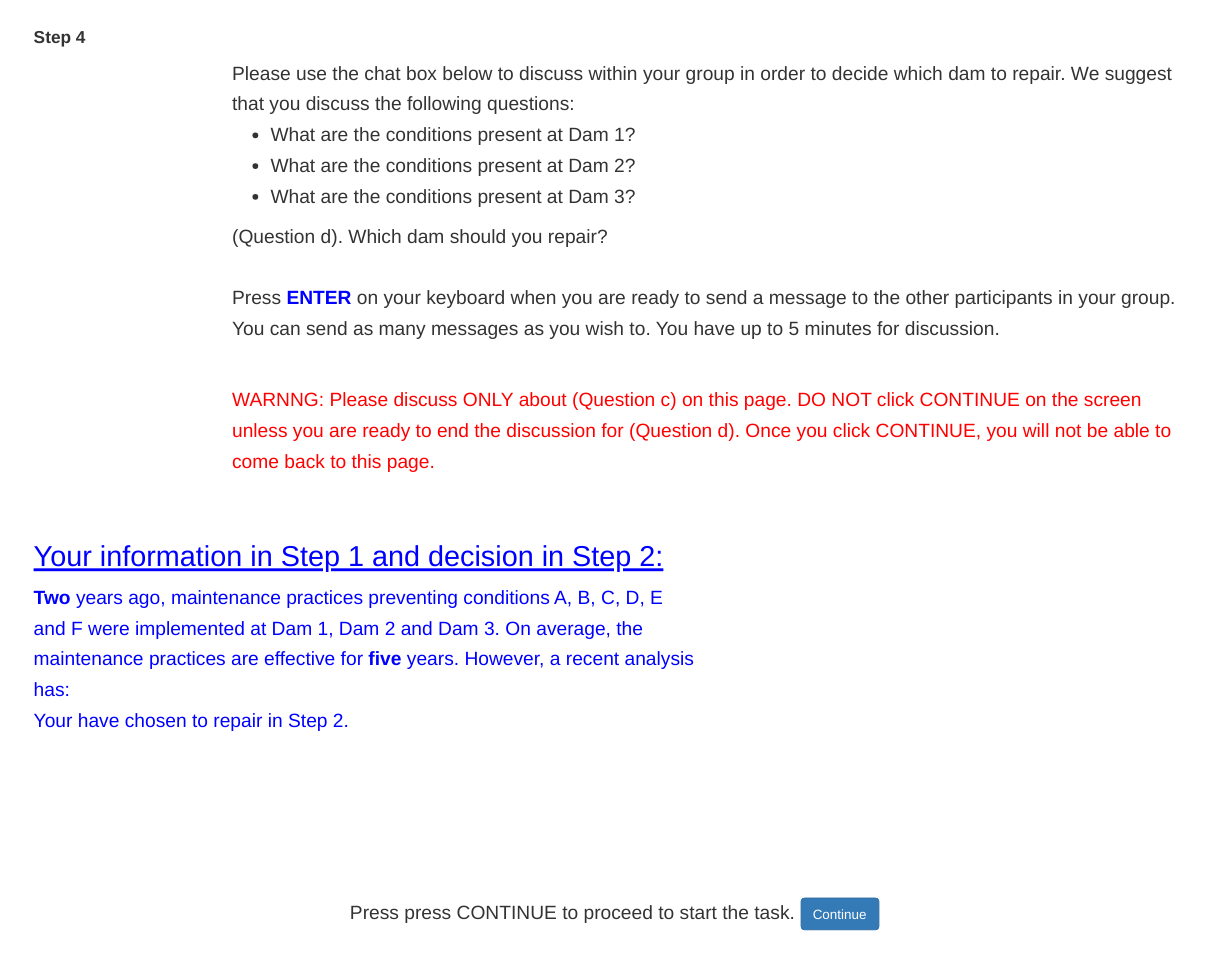
Repository: zmikaya/behavecon
Page: templates/group/Priming3Dams/Priming3Dams_p19.html
The author's editor kept a record of every edit. The page is drawn from the files as they stood at one moment, then again after the next edit.
The browser window is 1280 px wide. The pictures show the whole page, at 96% of full size.
The template is drawn by Django 2.2. The application's start-up code is not run. Other server files are loaded and not shown. The template is opened directly, without the code that normally fills it, so the values that code supplies are empty.

Above is the page before.
Console error: TypeError: Cannot read properties of null (reading 'getAttribute')

### templates/group/Priming3Dams/Priming3Dams_p19.html
{% extends 'sidebar-base.html' %}
{% load staticfiles %}

{% block body_block %}
    <!-- Page Content -->
    <div id="page-content-wrapper">
        <div class="container-fluid">
            <div class="progess-northwest">
                <h4><b>Step 4</b></h4>
            </div>
            <div class="row">
                <div class="col-lg-2"></div>
               <div class="col-lg-10 left-align-no-margin">
                    <p class="no-margin">Please use the chat box below to
                        discuss within your group in order to decide which dam
                        to repair. We suggest that you discuss the following
                        questions:</p>
                    <ul>
                        <li>What are the conditions present at Dam 1?</li>
                        <li>What are the conditions present at Dam 2?</li>
                        <li>What are the conditions present at Dam 3?</li>
                    </ul>
                    <p class="no-margin">(Question d). Which dam should you repair?</p>
                    <p><br>Press <b><font color="blue">ENTER</font></b> on your
                        keyboard when you are ready to send a message to the other
                        participants in your group. You can send as many messages
                        as you wish to. You have up to 5 minutes for discussion.</p>
                    <p><br><font color="red">WARNNG: Please discuss ONLY about
                        (Question c) on this page. DO NOT click CONTINUE on the
                        screen unless you are ready to end the discussion for
                        (Question d). Once you click CONTINUE, you will not be
                        able to come back to this page.</font></p>
                </div>
            </div>
            <div class="row">
                <div class="col-lg-7 left-align">
                    <h2><font color="blue"><u>Your information in Step 1 and
                        decision in Step 2:</u></font></h2>
                    <p>
                        <font color="blue">
                            <b>Two</b> years ago, maintenance practices preventing conditions A, B, C, D, E and F were implemented at Dam 1, Dam 2 and Dam 3. On average, the maintenance practices are effective for <b>five</b>  years. However, a recent analysis has:
                            {% block info_block %}{% endblock %}
                            <br>Your have chosen to repair <b>{{damChoice}}</b> in Step 2.
                        </font>
                    </p>
                </div>
                {% if username %}
                {% if chat_room %}
                    <div id="tlkio" class="col-lg-5 chat" data-channel="{{ chat_room }}" data-nickname="{{ username }}" style="width:40%;height:400px;"></div>
                {% endif %}
                {% endif %}
            </div>
            <div class="row">
                <div class="col-lg-12 center">
                    <div>
                        <p class="inline continue">Press press CONTINUE to proceed to start the task.</p>
                        <!--<button type="button" class="btn btn-primary next" onclick="ajaxGetPage('p20')">Continue</button>-->
                        <a id="continue" class="btn btn-primary next"  href="/Category3Dams/p20">Continue</a>
                    </div>
                </div>
            </div>
                    <!--<a href="#menu-toggle" class="btn btn-default" id="menu-toggle">Toggle Menu</a>-->
        </div>
    </div>
    <!-- /#page-content-wrapper -->
{% endblock %}

### templates/sidebar-base.html
<!DOCTYPE html>
{% load staticfiles %}
<html lang="en">

<head>

    <meta charset="utf-8">
    <meta http-equiv="X-UA-Compatible" content="IE=edge">
    <meta name="viewport" content="width=device-width, initial-scale=1">
    <meta name="description" content="">
    <meta name="author" content="">

    <title>BehaveCon</title>

    <!-- Bootstrap Core CSS -->
    <link href="{% static "css/bootstrap.min.css" %}" rel="stylesheet">

    <!-- Custom CSS -->
    <link href="{% static "css/simple-sidebar.css" %}" rel="stylesheet">

    <link href="{% static "css/style.css" %}" rel="stylesheet">

    <script src="{% static "js/jquery.js" %}"></script>

    <script src="{% static "js/embed.js" %}" type="text/javascript"></script>

    <!-- HTML5 Shim and Respond.js IE8 support of HTML5 elements and media queries -->
    <!-- WARNING: Respond.js doesn't work if you view the page via file:// -->
    <!--[if lt IE 9]>
        <script src="https://oss.maxcdn.com/libs/html5shiv/3.7.0/html5shiv.js"></script>
        <script src="https://oss.maxcdn.com/libs/respond.js/1.4.2/respond.min.js"></script>
    <![endif]-->


</head>

<body>

    <!--<div id="wrapper">-->

        <!-- Sidebar -->
    <!--    <div id="sidebar-wrapper">-->
    <!--        <ul class="sidebar-nav">-->
    <!--            <li class="sidebar-brand">-->
    <!--                <a href="#">-->
    <!--                    Start Bootstrap-->
    <!--                </a>-->
    <!--            </li>-->
    <!--            <li>-->
    <!--                <a href="#">Dashboard</a>-->
    <!--            </li>-->
    <!--            <li>-->
    <!--                <a href="#">Shortcuts</a>-->
    <!--            </li>-->
    <!--            <li>-->
    <!--                <a href="#">Overview</a>-->
    <!--            </li>-->
    <!--            <li>-->
    <!--                <a href="#">Events</a>-->
    <!--            </li>-->
    <!--            <li>-->
    <!--                <a href="#">About</a>-->
    <!--            </li>-->
    <!--            <li>-->
    <!--                <a href="#">Services</a>-->
    <!--            </li>-->
    <!--            <li>-->
    <!--                <a href="#">Contact</a>-->
    <!--            </li>-->
    <!--        </ul>-->
    <!--    </div>-->
        <!-- /#sidebar-wrapper -->

        <!-- Page Content -->
        {% block body_block %}{% endblock %}
    <!-- /#wrapper -->

    <!-- jQuery -->
    <script src="{% static "js/jquery.js" %}"></script>

    <!-- Bootstrap Core JavaScript -->
    <script src="{% static "js/bootstrap.min.js" %}"></script>

    <script src="{% static "js/script.js" %}"></script>

    <!-- Menu Toggle Script -->
    <script>
    $("#menu-toggle").click(function(e) {
        e.preventDefault();
        $("#wrapper").toggleClass("toggled");
    });
    </script>

</body>

</html>

### static/css/simple-sidebar.css
/*!
 * Start Bootstrap - Simple Sidebar HTML Template (http://startbootstrap.com)
 * Code licensed under the Apache License v2.0.
 * For details, see http://www.apache.org/licenses/LICENSE-2.0.
 */

/* Toggle Styles */

#wrapper {
    padding-left: 0;
    -webkit-transition: all 0.5s ease;
    -moz-transition: all 0.5s ease;
    -o-transition: all 0.5s ease;
    transition: all 0.5s ease;
}

#wrapper.toggled {
    padding-left: 250px;
}

#sidebar-wrapper {
    z-index: 1000;
    position: fixed;
    left: 250px;
    width: 0;
    height: 100%;
    margin-left: -250px;
    overflow-y: auto;
    background: #000;
    -webkit-transition: all 0.5s ease;
    -moz-transition: all 0.5s ease;
    -o-transition: all 0.5s ease;
    transition: all 0.5s ease;
}

#wrapper.toggled #sidebar-wrapper {
    width: 250px;
}

#page-content-wrapper {
    width: 100%;
    position: absolute;
    padding: 15px;
}

#wrapper.toggled #page-content-wrapper {
    position: absolute;
    margin-right: -250px;
}

/* Sidebar Styles */

.sidebar-nav {
    position: absolute;
    top: 0;
    width: 250px;
    margin: 0;
    padding: 0;
    list-style: none;
}

.sidebar-nav li {
    text-indent: 20px;
    line-height: 40px;
}

.sidebar-nav li a {
    display: block;
    text-decoration: none;
    color: #999999;
}

.sidebar-nav li a:hover {
    text-decoration: none;
    color: #fff;
    background: rgba(255,255,255,0.2);
}

.sidebar-nav li a:active,
.sidebar-nav li a:focus {
    text-decoration: none;
}

.sidebar-nav > .sidebar-brand {
    height: 65px;
    font-size: 18px;
    line-height: 60px;
}

.sidebar-nav > .sidebar-brand a {
    color: #999999;
}

.sidebar-nav > .sidebar-brand a:hover {
    color: #fff;
    background: none;
}

@media(min-width:768px) {
    #wrapper {
        padding-left: 250px;
    }

    #wrapper.toggled {
        padding-left: 0;
    }

    #sidebar-wrapper {
        width: 250px;
    }

    #wrapper.toggled #sidebar-wrapper {
        width: 0;
    }

    #page-content-wrapper {
        padding: 20px;
        position: relative;
    }

    #wrapper.toggled #page-content-wrapper {
        position: relative;
        margin-right: 0;
    }
}

### static/css/style.css
.center {
    text-align: center;
    font-size: 20px;
    margin-top: 3%;
    line-height: 160%;
}

.left-align {
    font-size: 20px;
    margin-top: 3%;
    line-height: 160%;
}

.left-align-width {
    font-size: 20px;
    margin-top: 3%;
    line-height: 160%;
    width: 80% !important;
}

.left-align-no-margin {
    font-size: 20px;
    margin-top: 0;
    line-height: 160%;
}

.inline {
    display: inline-block;
}

.continue {
    margin-top: 10%;
}

.text {
    font-size: 20px;
    line-height: 160%;
}

.left {
    margin-top: 3%;
    width: 50%;
    float: left;
}

.right {
    margin-top: 3%;
    width: 50%;
    float: right;
}

.damTable {
    max-height: 100%;
    max-width: 100%;
    margin-top: 15%;
}

.damContinue {
    float: right;
    font-size: 20px;
    padding-right: 5%;
}

.bullet-points li {
    margin-bottom: 2%;
}

.practice-ml-row{
    height: 150px;
    border-bottom: thick solid #A69F9F;
}

.col-md-6 p{
    margin: 0;
    transform: translateY(50%);
}

.table-center {
    transform: translateY(50%);
}

.table-3-center {
    transform: translateY(20%);
}

.list-no-style {
    list-style-type: none;
}

.list-inline {
    vertical-align: top;
}

.table-inline {
    display: inline-block;
}
.border{
    height: 100%;
    border-left: thick solid #A69F9F;
}

.no-margin {
    margin: 0;
}

.chat {
    margin-top: 4%;
}

.enterinfo {
    width: 15%;
}

.error-msg {
    color: red;
}

.npresent {
    padding-left: 35px;
}



#leftAnswers {
    margin-top: 5%;
}

#black-border {
    border: solid black;
}

### static/js/embed.js
function tlkioOnload() {
    var target_element  = document.getElementById('tlkio'),
        channel_name    = target_element.getAttribute('data-channel'),
        custom_css_path = target_element.getAttribute('data-theme'),
        nickname        = target_element.getAttribute('data-nickname'),
        iframe          = document.createElement('iframe');

    // var iframe_src = 'http://embed.lvh.me:3000/' + channel_name,
    var iframe_src = '//embed.tlk.io/' + channel_name,
        iframe_query = [];


    if (custom_css_path && custom_css_path.length > 0) {
      iframe_query.push('custom_css_path=' + custom_css_path);
    }

    if (nickname && nickname.length > 0) {
      iframe_query.push('nickname=' + nickname);
    }

    if (iframe_query.length > 0) {
      iframe_src += '?' + iframe_query.join('&')
    }

    iframe.setAttribute('src', iframe_src);
    iframe.setAttribute('width', '100%');
    iframe.setAttribute('height', '100%');
    iframe.setAttribute('frameborder', '0');
    iframe.setAttribute('style', 'margin-bottom: -8px;');

    var current_style = target_element.getAttribute('style');
    target_element.setAttribute('style', 'overflow: auto; -webkit-overflow-scrolling: touch;' + current_style);

    target_element.appendChild(iframe);
};

### static/js/script.js
var url = "/Category3Dams/"

function getCookie(name) {
    var cookieValue = null;
    if (document.cookie && document.cookie != '') {
        var cookies = document.cookie.split(';');
        for (var i = 0; i < cookies.length; i++) {
            var cookie = jQuery.trim(cookies[i]);
            // Does this cookie string begin with the name we want?
            if (cookie.substring(0, name.length + 1) == (name + '=')) {
                cookieValue = decodeURIComponent(cookie.substring(name.length + 1));
                break;
            }
        }
    }
    return cookieValue;
}


// $('.next').click(function(){
//     var csrftoken = getCookie('csrftoken');
//     var id = $("#enterid").val();
//     var page = $(this).attr('id')+'/';
//     $.ajax({
//       type: "POST",
//       url: url + page,
//       data: {
//           'id': id,
//           'csrfmiddlewaretoken': csrftoken
//         },
//         success: nextPage,
//         dataType: 'html'
//     });
// });

function dictToList(dict) {
    var keys = Object.keys(dict).sort()
    var data = [];
    for (var i=0; i<keys.length; i++) {
        data.push(dict[keys[i]]);
    }
    return data
}

function ajaxGetPage(page, data){
    var csrftoken = getCookie('csrftoken');
    console.log(url+page)
    var id = $("#enterid").val();
    // var page = $(this).attr('id')+'/';
    if (data) {
        var out = JSON.stringify(dictToList(data));
        console.log(out)
        $.ajax({
          type: "POST",
          url: url + page,
          data: {
              'data': out,
              'csrfmiddlewaretoken': csrftoken
            },
            success: nextPage,
            dataType: 'html'
        });
    }
    else {
        $.ajax({
          type: "POST",
          url: url + page,
          data: {
              'id': id,
              'csrfmiddlewaretoken': csrftoken
            },
            success: nextPage,
            dataType: 'html'
        });
    }
};

function ajaxSendData(page, data){
    var csrftoken = getCookie('csrftoken');
    console.log(url+page)
    var id = $("#enterid").val();
    // var page = $(this).attr('id')+'/';
    if (data) {
        var out = JSON.stringify(dictToList(data));
        console.log(out)
        $.ajax({
          type: "POST",
          url: url + page,
          data: {
              'data': out,
              'csrfmiddlewaretoken': csrftoken
            },
            success: emptyReturn,
            dataType: 'html'
        });
    }
}


function emptyReturn(data, textStatus, jqXHR){
    // var data = $.parseHTML(data);
    // console.log(data)
    // $("html").empty();
    // for(var i=0; i<data.length; i++){
    //     $("html").append(data[i])
    // }
    // if (tlkioOnload) {
    //     tlkioOnload();
    // }
}

// if (tlkioOnload) {
//     tlkioOnload();
// }


// handles the returned html/data from Django
// clears existing body, then replaces it with returned html
var test = null;
function nextPage(data, textStatus, jqXHR){
    test = data;
    var data = $.parseHTML(data);
    console.log(data)
    $("html").empty();
    for(var i=0; i<data.length; i++){
        $("html").append(data[i])
    }
    if (tlkioOnload) {
        tlkioOnload();
    }
}

if (tlkioOnload) {
    tlkioOnload();
}

Loaded but not shown: static/css/bootstrap.min.css (library); static/js/jquery.js (library); static/js/bootstrap.min.js (library)

After the next edit:
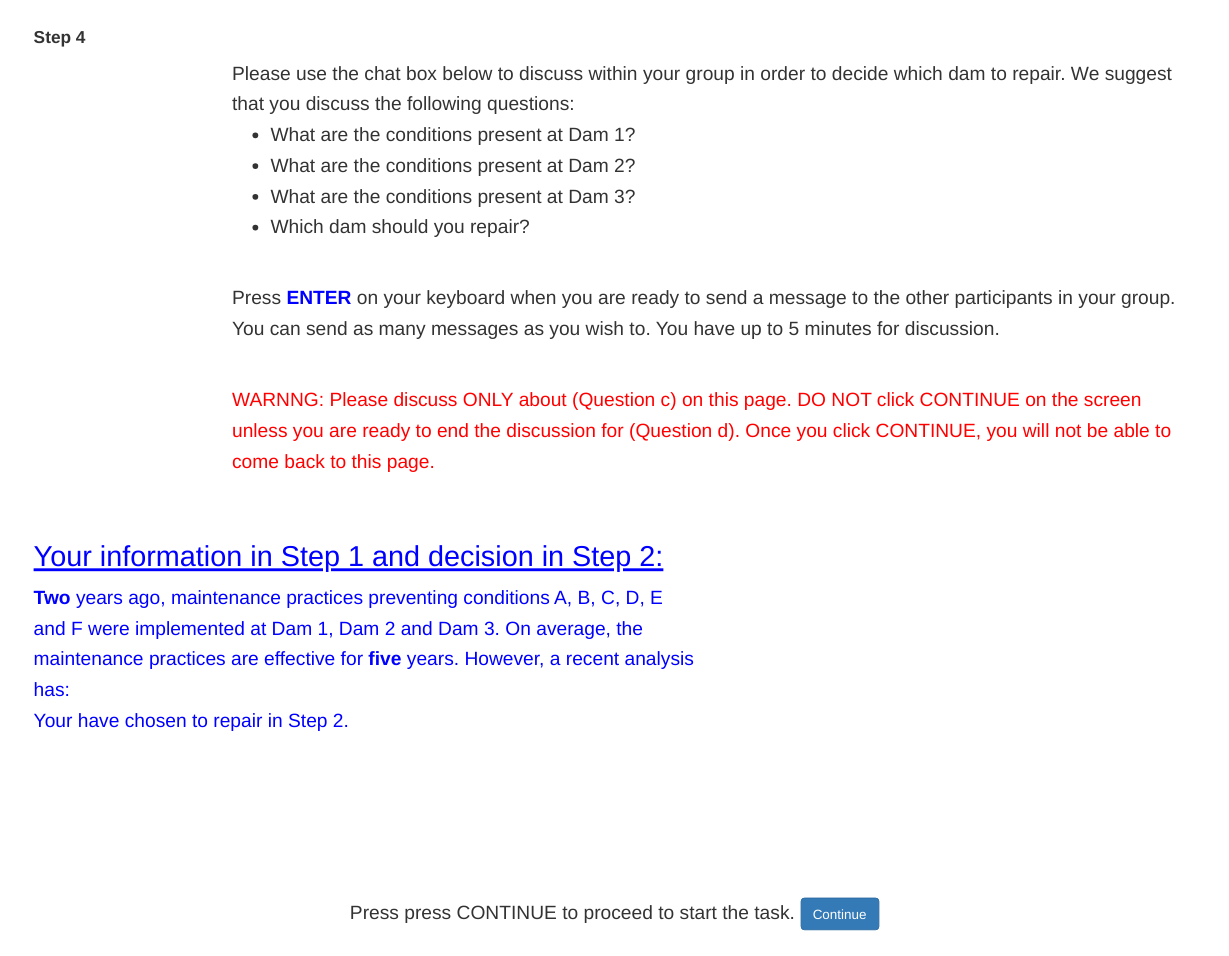
The edit:
--- a/templates/group/Priming3Dams/Priming3Dams_p19.html
+++ b/templates/group/Priming3Dams/Priming3Dams_p19.html
@@ -19,8 +19,8 @@
                         <li>What are the conditions present at Dam 1?</li>
                         <li>What are the conditions present at Dam 2?</li>
                         <li>What are the conditions present at Dam 3?</li>
+                        <li>Which dam should you repair?</li>
                     </ul>
-                    <p class="no-margin">(Question d). Which dam should you repair?</p>
                     <p><br>Press <b><font color="blue">ENTER</font></b> on your
                         keyboard when you are ready to send a message to the other
                         participants in your group. You can send as many messages
